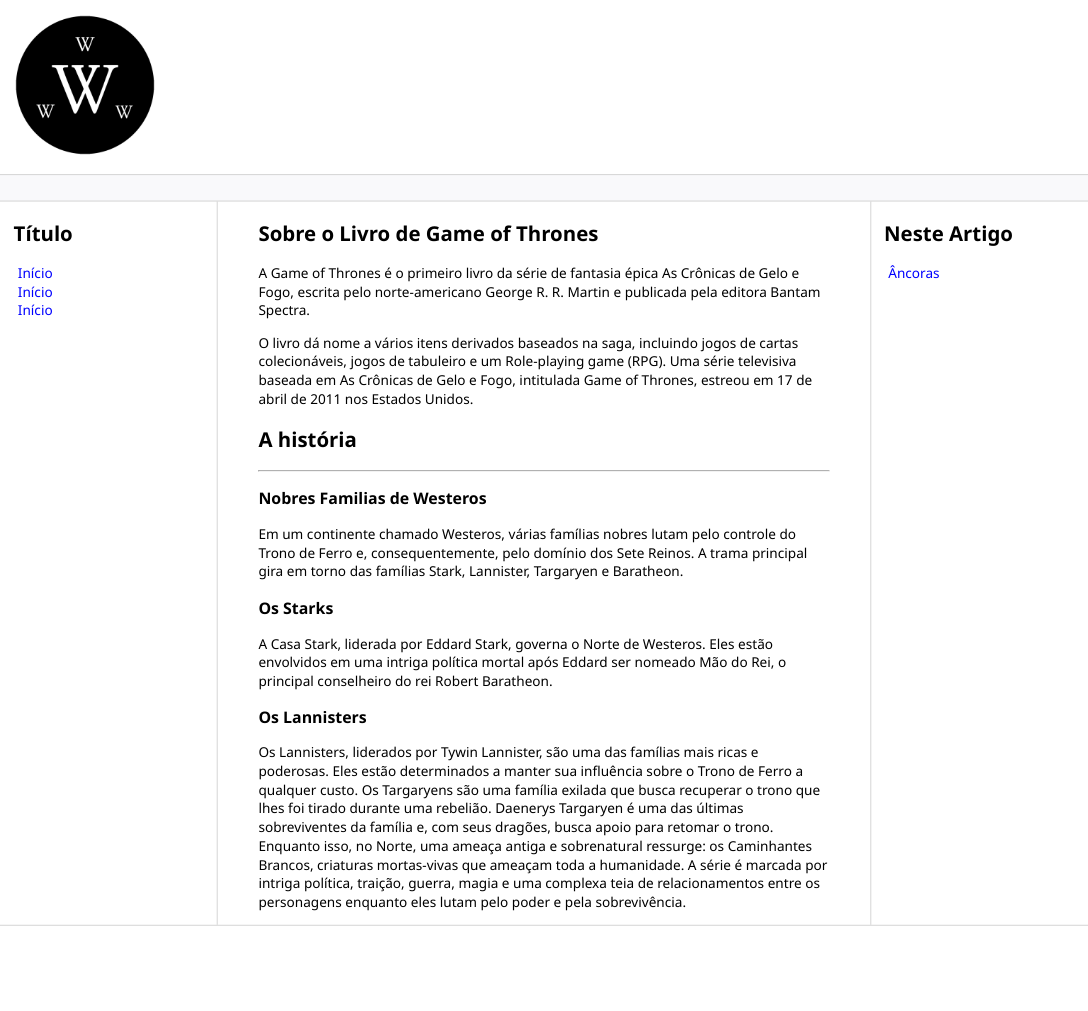
Repository: gustavotwist/projeto-w-wikipedia
Page: index.html
An editor plug-in stored every save of this project. The page is shown before and after a run of saves, followed by the edit.
The browser window is 1280 px wide. The pictures show the whole page, at 85% of full size.

Above is the page before, as saved 2024-05-01 11:19:54.

### index.html
<!DOCTYPE html>
<html lang="pt-br">
<head>
    <meta charset="UTF-8">
    <meta http-equiv="X-UA-Compatible" content="IE=edge">
    <meta name="viewport" content="width=device-width, initial-scale=1.0">
    <title>Página Principal</title>
    <link rel="stylesheet" href="css/style.css">
</head>
<body>

    <header>
        <img src="imagens/logo.png" width="200"/>
    </header>

    <aside class="bar"></aside>


    <section class="content">
        <nav class="sidebar">
            <h2>Título</h2>
            <ul>
                <li><a href="#">Início</a></li>
                <li><a href="#">Início</a></li>
                <li><a href="#">Início</a></li>
            </ul>
        </nav>

        <main>
            <h1>Sobre o Livro de Game of Thrones</h1>
            <p>A Game of Thrones é o primeiro livro da série de fantasia épica As Crônicas de Gelo e Fogo, escrita pelo norte-americano George R. R. Martin e publicada pela editora Bantam Spectra.</p>
            <p>O livro dá nome a vários itens derivados baseados na saga, incluindo jogos de cartas colecionáveis, jogos de tabuleiro e um Role-playing game (RPG). Uma série televisiva baseada em As Crônicas de Gelo e Fogo, intitulada Game of Thrones, estreou em 17 de abril de 2011 nos Estados Unidos.</p>

            <h2>A história</h2><hr>
            <h3>Nobres Familias de Westeros</h3>
            <p>
                Em um continente chamado Westeros, várias famílias nobres lutam pelo controle do Trono de Ferro e, consequentemente, pelo domínio dos Sete Reinos. A trama principal gira em torno das famílias Stark, Lannister, Targaryen e Baratheon.

                <h3>Os Starks</h3>
                A Casa Stark, liderada por Eddard Stark, governa o Norte de Westeros. Eles estão envolvidos em uma intriga política mortal após Eddard ser nomeado Mão do Rei, o principal conselheiro do rei Robert Baratheon.

                <h3>Os Lannisters</h3>
                Os Lannisters, liderados por Tywin Lannister, são uma das famílias mais ricas e poderosas. Eles estão determinados a manter sua influência sobre o Trono de Ferro a qualquer custo.


                Os Targaryens são uma família exilada que busca recuperar o trono que lhes foi tirado durante uma rebelião. Daenerys Targaryen é uma das últimas sobreviventes da família e, com seus dragões, busca apoio para retomar o trono.

                Enquanto isso, no Norte, uma ameaça antiga e sobrenatural ressurge: os Caminhantes Brancos, criaturas mortas-vivas que ameaçam toda a humanidade.

                A série é marcada por intriga política, traição, guerra, magia e uma complexa teia de relacionamentos entre os personagens enquanto eles lutam pelo poder e pela sobrevivência.</p>

        </main>

        <article class="anchors">
            <h2>Neste Artigo</h2>
            <ul>
                <li><a href="#">Âncoras</a></li>
            </ul>
        </article>
    </section>

    <footer class="footer">

    </footer>
</body>
</html>

### css/style.css
body, html {
    margin: 0;
    padding: 0;
    font-family: 'Segoe UI', Tahoma, Geneva, Verdana, sans-serif;
}
ul { list-style: none; padding-left: 5px; }
a { color:blue; text-decoration: none;}
.bar {
    background-color: #f9f9fb;
    padding:15px;
    border-top: solid 1px #cdcdcd;
    border-bottom: solid 1px #cdcdcd;
}
.content {
    max-width: 1440px;
    margin: auto;
    grid-gap: 3rem;
    display: grid;
    gap: 3rem;
    grid-template-areas: "sidebar main anchors";
    grid-template-columns: minmax(0,15rem) minmax(0,2.5fr) minmax(0,15rem);
    padding-left: 1rem;
    padding-right: 1rem;
}
.footer {
    min-height: 100px;
    border-top: solid 1px #cdcdcd;
}
.anchors {
    border-left: solid 1px #cdcdcd;
    padding-left: 15px;
}
.sidebar {
    border-right: solid 1px #cdcdcd;
}
figure {
    text-align: center;
}

After the next 3 saves:
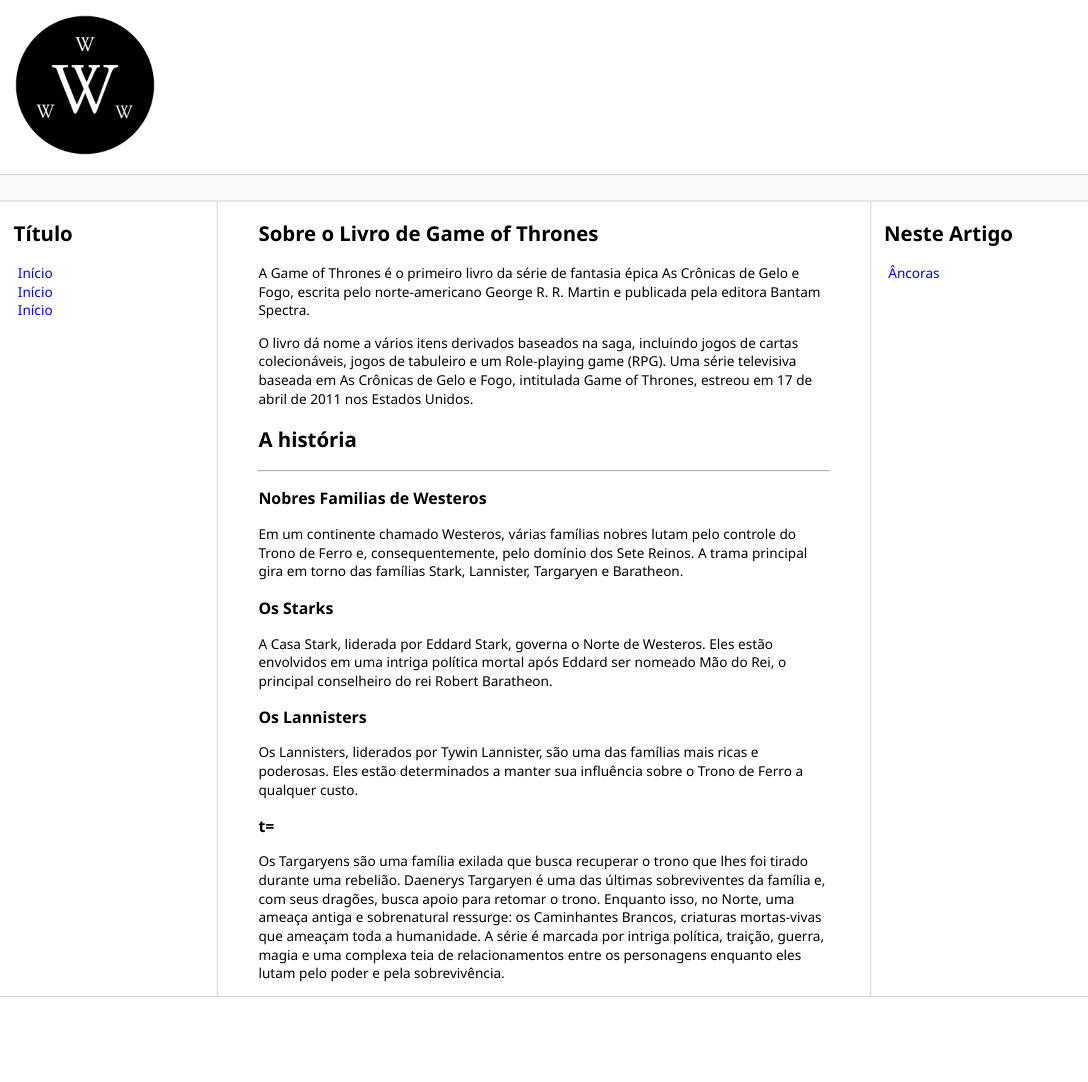
The 3 saves are shown as one change because they came seconds apart.
The last was saved 8 s later.
--- a/index.html
+++ b/index.html
@@ -42,7 +42,7 @@
                 <h3>Os Lannisters</h3>
                 Os Lannisters, liderados por Tywin Lannister, são uma das famílias mais ricas e poderosas. Eles estão determinados a manter sua influência sobre o Trono de Ferro a qualquer custo.
 
-
+                <h3>t=</h3>
                 Os Targaryens são uma família exilada que busca recuperar o trono que lhes foi tirado durante uma rebelião. Daenerys Targaryen é uma das últimas sobreviventes da família e, com seus dragões, busca apoio para retomar o trono.
 
                 Enquanto isso, no Norte, uma ameaça antiga e sobrenatural ressurge: os Caminhantes Brancos, criaturas mortas-vivas que ameaçam toda a humanidade.
